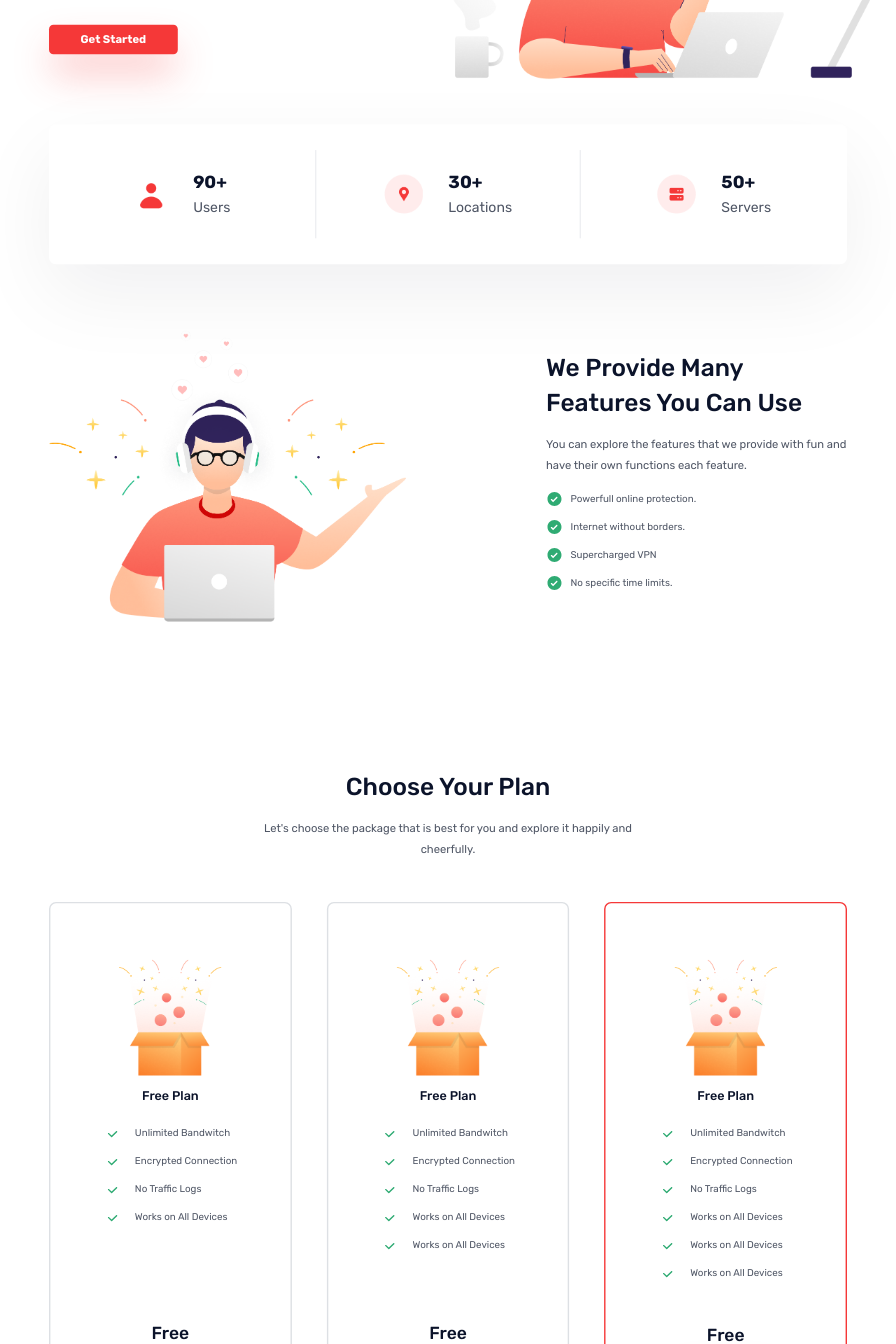
Repository: kebinh1235/lasles-demo
Page: index.html
These files come from the project's save history. The page is drawn as it stood at one moment and after the next save; the edit follows.
The browser window is 1280 px wide. The pictures show the part of the page from y = 419 to 2339 px (the page is 3496 px tall), at 70% of full size.
The style sheet was rebuilt from its Sass, Less or Tailwind sources for each picture, by a compiler version that may differ from the author's.

Above is the page before, as saved 2021-11-04 13:58:04.

After the next save:
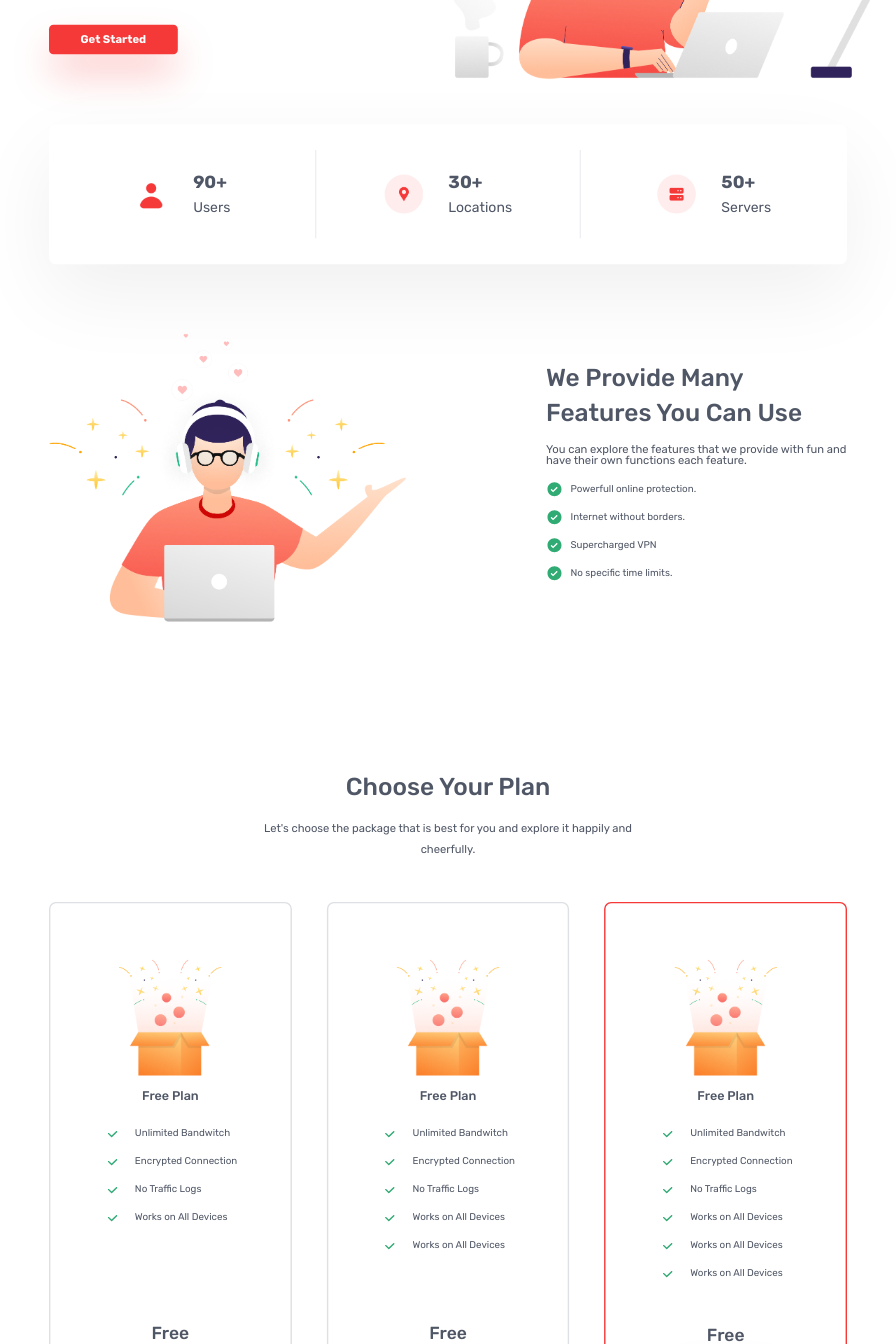
Saved 39 s later.
--- a/sass/_global.scss
+++ b/sass/_global.scss
@@ -14,10 +14,7 @@
   font-weight: 400;
   background: $white-color;
 }
-h1, h2, h3, h4, h5, h6 {
-  color: $heading-color;
-  font-weight: bold;
-}
+
 .btn {
   display: inline-block;
   padding: 13px 45px;
@@ -61,6 +58,3 @@
   line-height: calc(50 / 35);
   margin-bottom: 20px;
 }
-.text {
-  line-height: calc(30 / 16);
-}

After the 3 saves that followed:
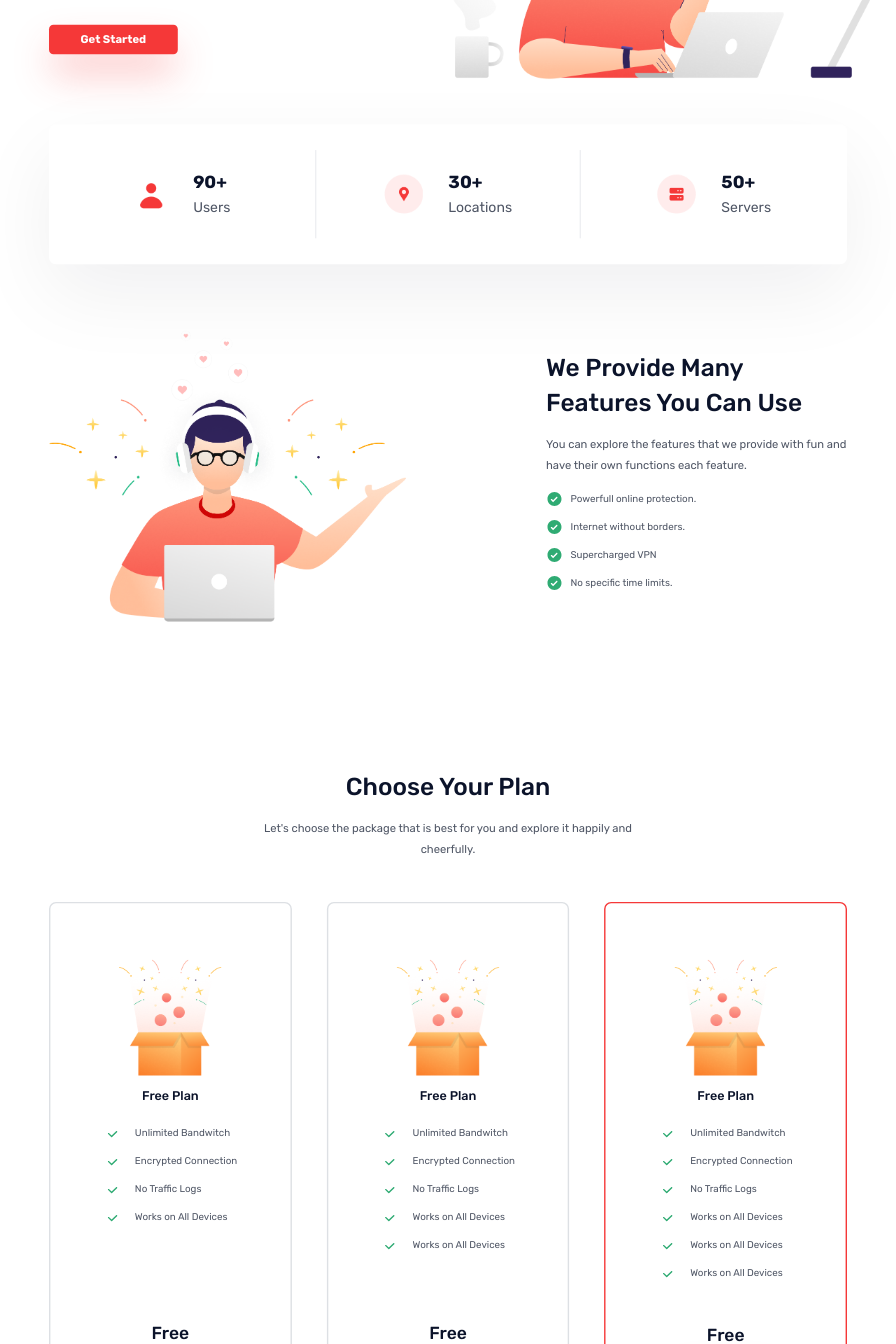
The 3 saves are shown as one change because 2 left the picture as it was.
The last was saved 16 s later.
--- a/sass/app.scss
+++ b/sass/app.scss
@@ -1,4 +1,5 @@
 @import "variables";
+@import "typography";
 @import "global";
 @import "reset";
 @import "header";
--- a/sass/_typography.scss
+++ b/sass/_typography.scss
@@ -0,0 +1,15 @@
+h1,
+h2,
+h3,
+h4,
+h5,
+h6 {
+  color: $heading-color;
+  font-weight: bold;
+}
+.text {
+  line-height: calc(30 / 16);
+}
+.text-medium {
+  font-weight: 500;
+}
